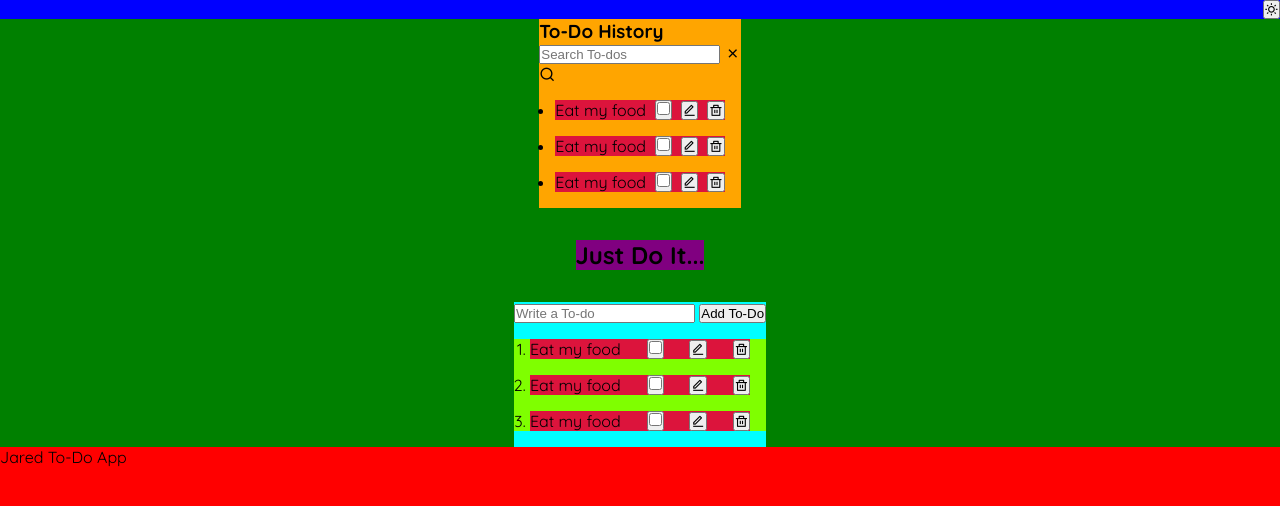
Repository: EguJaredoBoyd/Jared-ToDo-App
Page: main.html
The author's editor kept a copy of each file at every save. The page is drawn from the files as they stood at one save, then again after the next save.
The browser window is 1280 px wide. The pictures show the whole page.
Some web libraries are served in a nearby version.

Above is the page before, as saved 2025-12-23 17:11:38.
Not found: js/to-do.j

### main.html
<!DOCTYPE html>
<html lang="en">
  <head>
    <meta charset="UTF-8" />
    <meta name="viewport" content="width=device-width, initial-scale=1.0" />
    <title>Document</title>
    <link
      href="https://cdn.jsdelivr.net/npm/remixicon@4.7.0/fonts/remixicon.css"
      rel="stylesheet"
    />
    <link rel="preconnect" href="https://fonts.googleapis.com" />
    <link rel="preconnect" href="https://fonts.gstatic.com" crossorigin />
    <link
      href="https://fonts.googleapis.com/css2?family=Quicksand:wght@300..700&display=swap"
      rel="stylesheet"
    />
    <link rel="stylesheet" href="./css/main.css" />
    <script src="./js/to-do.j" defer></script>
  </head>

  <body>
    <div class="body__todo-wrapper">
      <header>
        <button><i class="ri-sun-line"></i></button>
      </header>

      <main>
        <section class="todo-history">
          <div>
            <h3>To-Do History</h3>
          </div>
          <div>
            <div>
              <input type="text" placeholder="Search To-dos " />
              <i class="ri-close-line"></i>
            </div>
            <i class="ri-search-line"></i>
          </div>
          <div>
            <ul>
              <div class="ol__list">
                <li>Eat my food</li>
                <button>
                  <input type="checkbox" name="checkbox" id="checkbox" />
                </button>
                <button><i class="ri-edit-line"></i></button>
                <button><i class="ri-delete-bin-line"></i></button>
              </div>
              <div class="ol__list">
                <li>Eat my food</li>
                <button>
                  <input type="checkbox" name="checkbox" id="checkbox" />
                </button>
                <button><i class="ri-edit-line"></i></button>
                <button><i class="ri-delete-bin-line"></i></button>
              </div>
              <div class="ol__list">
                <li>Eat my food</li>
                <button>
                  <input type="checkbox" name="checkbox" id="checkbox" />
                </button>
                <button><i class="ri-edit-line"></i></button>
                <button><i class="ri-delete-bin-line"></i></button>
              </div>
            </ul>
          </div>
        </section>

        <section class="todo-title">
          <div>
            <h2>Just Do It...</h2>
          </div>
        </section>

        <section class="todo-add-task">
          <div class="To-Do">
            <input type="text" id="to-do" placeholder="Write a To-do" />
            <button id="add-task">Add To-Do</button>

            <ol id="task-show" class="task-list">
              <div class="ol__list">
                <li>Eat my food</li>
                <button>
                  <input type="checkbox" name="checkbox" id="checkbox" />
                </button>
                <button><i class="ri-edit-line"></i></button>
                <button><i class="ri-delete-bin-line"></i></button>
              </div>
              <div class="ol__list">
                <li>Eat my food</li>
                <button>
                  <input type="checkbox" name="checkbox" id="checkbox" />
                </button>
                <button><i class="ri-edit-line"></i></button>
                <button><i class="ri-delete-bin-line"></i></button>
              </div>
              <div class="ol__list">
                <li>Eat my food</li>
                <button>
                  <input type="checkbox" name="checkbox" id="checkbox" />
                </button>
                <button><i class="ri-edit-line"></i></button>
                <button><i class="ri-delete-bin-line"></i></button>
              </div>
            </ol>
          </div>
        </section>
      </main>

      <footer>
        <div>Jared To-Do App</div>
      </footer>
    </div>
  </body>
</html>

### css/main.css
*,
*::before,
*::after {
  box-sizing: border-box;
  margin: 0;
  padding: 0;
}

:root {
  /* My project colours to use */
  --primary-color: #21295c;
  --secondary-color: #ffffff;

  /* My font size to use */
  --font-base: 16px;

  /* My spaces to use */
}

html {
  font-size: var(--font-base);
}

body {
  font-family: "Quicksand", sans-serif;
  background-color: red;
  max-width: 100vw;
  max-height: 100vh;
}

.body__todo-wrapper header {
  display: flex;
  justify-content: end;
  align-items: center;
  background-color: blue;
}

main {
  display: flex;
  flex-direction: column;
  justify-content: center;
  align-items: center;
  background-color: green;
  gap: 2rem;
  width: 100vw;
  max-width: 100vw;
}

.todo-history {
  background-color: orange;
}

.todo-title {
  background-color: purple;
}

.todo-add-task {
  background-color: aqua;
}

.task-list {
  background-color: chartreuse;
}

.ol__list {
  display: flex;
  justify-content: space-between;
  align-items: center;
  margin: 1rem;
  background-color: crimson;
}

After the next save:
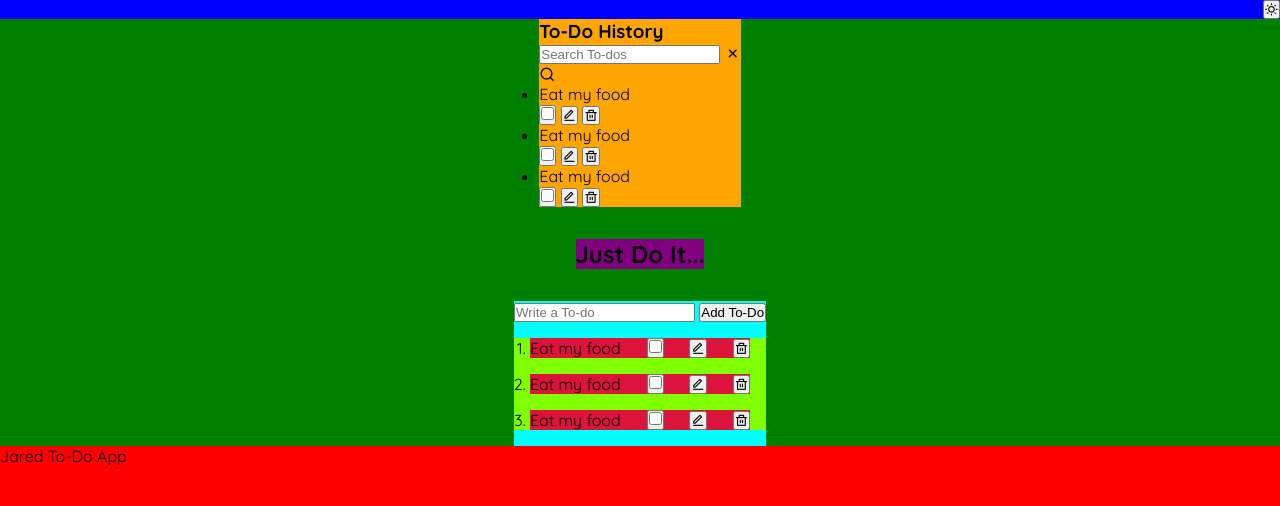
Saved 68 s later.
--- a/main.html
+++ b/main.html
@@ -38,7 +38,7 @@
           </div>
           <div>
             <ul>
-              <div class="ol__list">
+              <div class="ul__list">
                 <li>Eat my food</li>
                 <button>
                   <input type="checkbox" name="checkbox" id="checkbox" />
@@ -46,7 +46,7 @@
                 <button><i class="ri-edit-line"></i></button>
                 <button><i class="ri-delete-bin-line"></i></button>
               </div>
-              <div class="ol__list">
+              <div class="ul__list">
                 <li>Eat my food</li>
                 <button>
                   <input type="checkbox" name="checkbox" id="checkbox" />
@@ -54,7 +54,7 @@
                 <button><i class="ri-edit-line"></i></button>
                 <button><i class="ri-delete-bin-line"></i></button>
               </div>
-              <div class="ol__list">
+              <div class="ul__list">
                 <li>Eat my food</li>
                 <button>
                   <input type="checkbox" name="checkbox" id="checkbox" />
